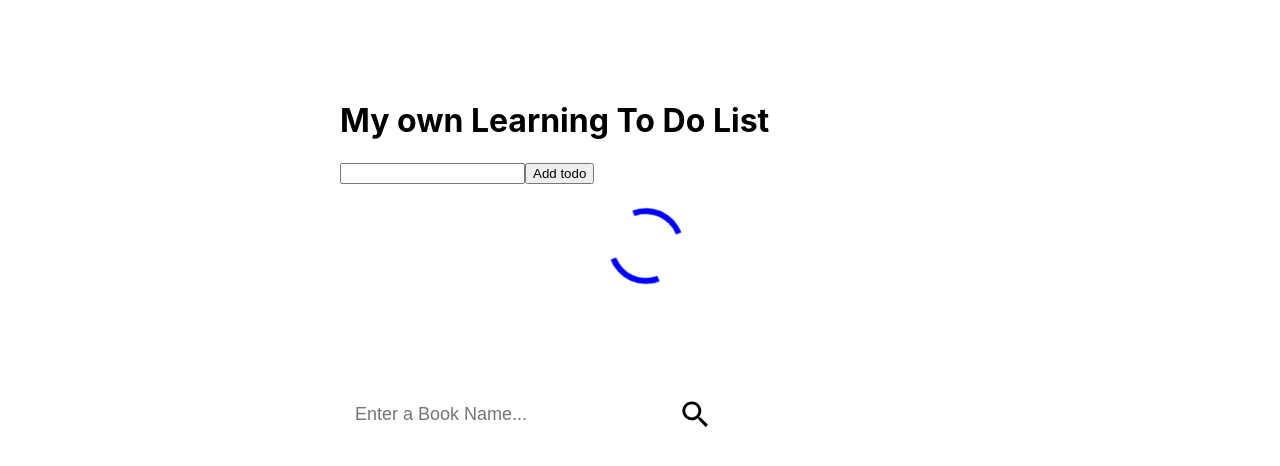
Repository: ArusyakAghajanyan/To-Do
Page: /
These files come from the project's save history. The page is drawn as it stood at one moment and after the next save; the edit follows.
The browser window is 1280 px wide. The pictures show the whole page.
The page's requests for data from a server got no answer. The project was rebuilt for these pictures with package versions that can differ from the ones it lists, and the page was loaded fresh each time. No one was signed in, and anything a server would have sent is missing. Also part of the build but not shown: src/Todo/TodoItem.js, src/Todo/TodoList.js.

Above is the page before, as saved 2022-03-10 23:31:28.

After the next save:
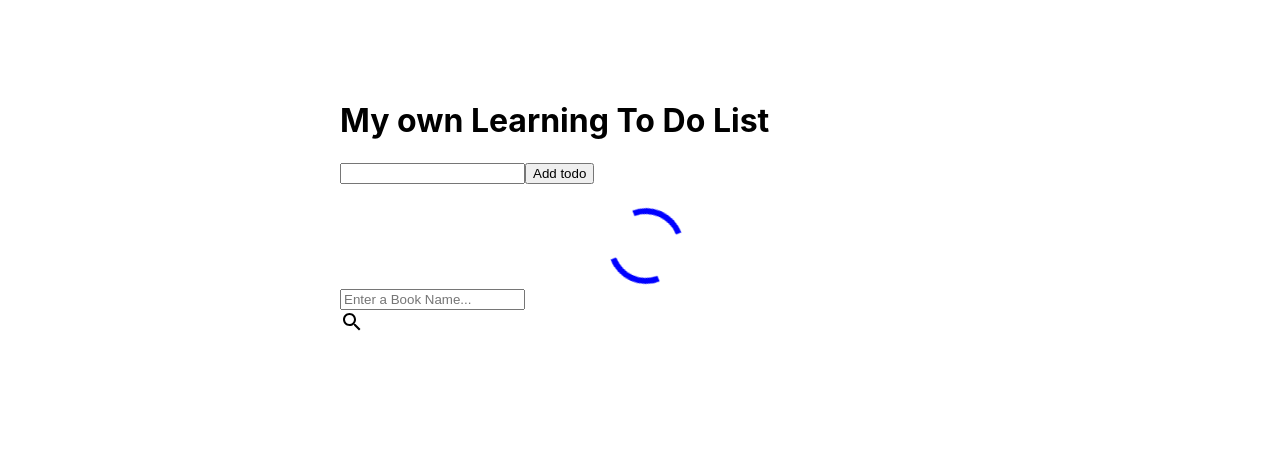
Saved 2 min 14 s later.
--- a/src/Search/SearchBar.js
+++ b/src/Search/SearchBar.js
@@ -1,5 +1,5 @@
 import React, { useState } from "react";
-import "./SearchBar.css";
+import "./";
 import SearchIcon from '@mui/icons-material/Search';
 import CloseIcon from '@mui/icons-material/Close';
 

After the 5 saves that followed:
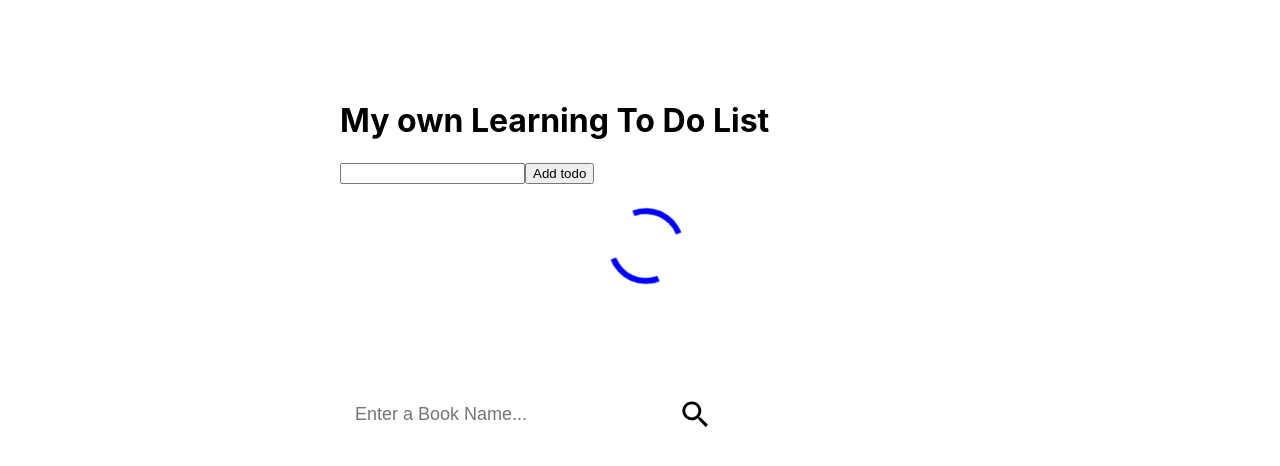
The 5 saves are shown as one change because 1 left the picture as it was and some came seconds apart.
The last was saved 43 s later.
--- a/src/Search/SearchBar.js
+++ b/src/Search/SearchBar.js
@@ -1,5 +1,5 @@
 import React, { useState } from "react";
-import "./";
+import "./SearchBar.css";
 import SearchIcon from '@mui/icons-material/Search';
 import CloseIcon from '@mui/icons-material/Close';
 
